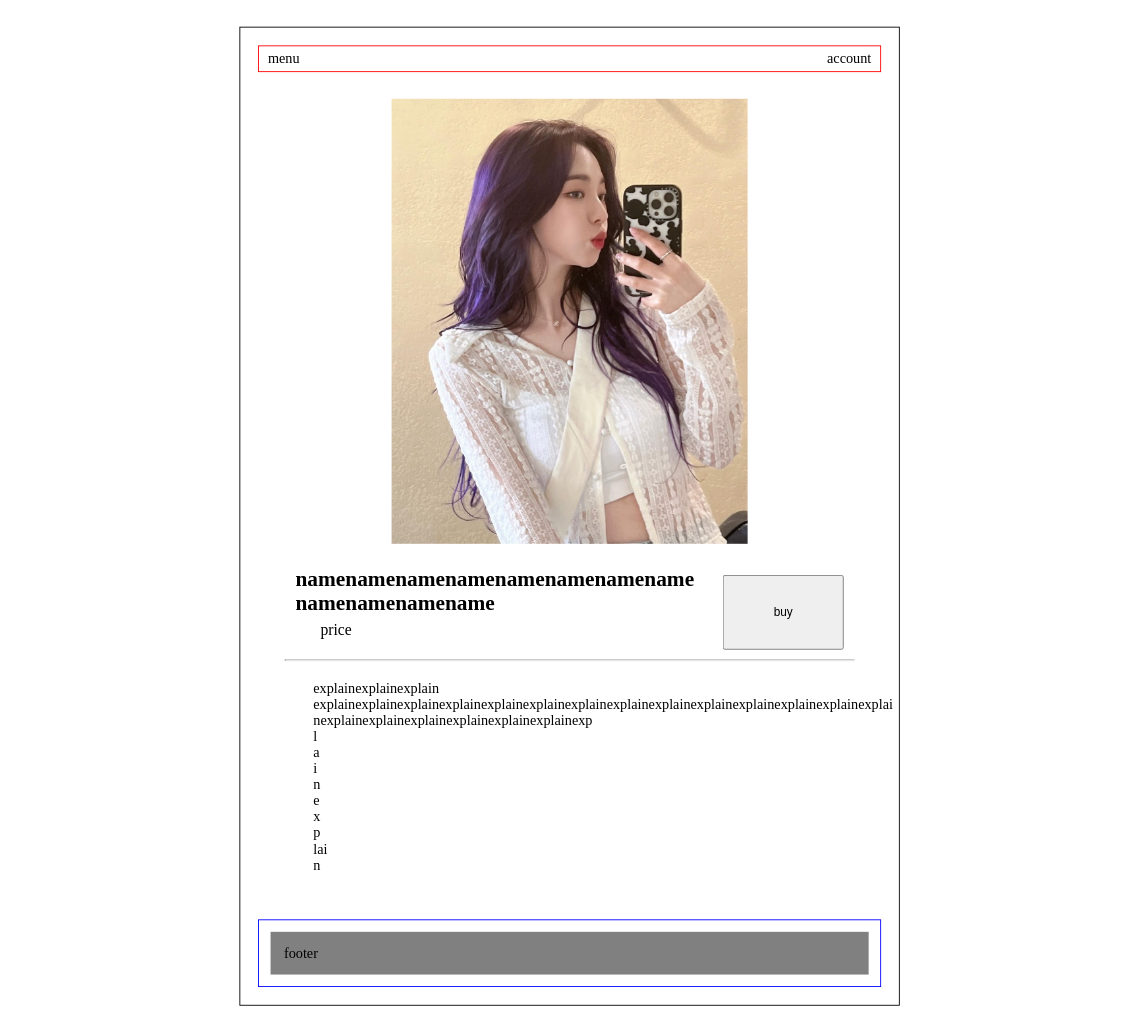
Repository: dongwoon1/cal
Page: http://localhost/calDWC/view.jsp
These files come from the project's save history. The page is drawn as it stood at one moment and after the next save; the edit follows.
The browser window is 1280 px wide. The pictures show the whole page, at 89% of full size.
The page is served by Tomcat 9.

Above is the page before, as saved 2025-03-20 04:21:29.

### calProject/calDWC/src/main/webapp/view.jsp
<%@ page language="java" contentType="text/html; charset=UTF-8"
    pageEncoding="UTF-8"%>
<!DOCTYPE html>
<html>

	<head>
		<meta charset="UTF-8">
		<title>バイバイハンバイ</title>
		<link href="css/main.css" rel="stylesheet">
		<link href="css/view.css" rel="stylesheet">
	</head>

	<body>
	<main>

		<header>
		   	<span>menu</span>
		   	<span>account</span>
			<!--
			 <na>
				<li>outer</li>
				<li>shirts</li>
				<li>pants</li>
				<li>shoes</li>
				<li>accessories</li>
				<li>account</li>
			 </ul>
		    -->
	  	</header>

		<section>
			<div class="view-container">

				<div class="img-box">
					<img src="img/KakaoTalk_20220502_135428200_03.jpg" alt="">
				</div>

				<div class="content-box">
					<div>
						<div id="name-box"><h2>namenamenamenamenamenamenamenamenamenamenamename</h2></div>
						<div id="price-box">
							<p>price</p>
						</div>
					</div>

					<div id="btn-box">
						<button>buy</button>
					</div>

					<hr>

					<div>
						<p>explainexplainexplain
							explainexplainexplainexplainexplainexplainexplainexplainexplainexplainexplainexplainexplainexplai
							nexplainexplainexplainexplainexplainexplainexp
							l
							a
							i
							n
							e
							x
							p
							lai
							n</p>
					</div>
				</div>

			</div>
	  	</section>

		<footer>
		 	<div>footer</div>
		</footer>

	</main>
	</body>

</html>

### calProject/calDWC/src/main/webapp/css/main.css
@charset "UTF-8";

*{
	  padding: 0; margin: 0;
}

main{
    margin: 30px auto;
    padding: 20px;
    width: 700px;
     	border: 1px solid black;
}

header{
	display: flex;
	justify-content: space-between;
	 	border: 1px solid red;
}

header span{
 	padding: 5px 10px;
}

section{
	padding: 30px;
}

.middle-container{
	padding: 12px 8px;
}

footer{
 	padding: 13px;
  		border: 1px solid blue;
}

footer div{
 	background: gray;
    padding: 15px;
}

### calProject/calDWC/src/main/webapp/css/view.css
@charset "UTF-8";

.view-container{
	width: 100%;
}

.img-box{
    text-align: center;
    width:450px;
    margin:auto;
}

img{
	max-height: 500px;
}

.content-box{
	padding-top: 20px;
	display: flex;
	flex-wrap: wrap;
	justify-content: space-around;
}


/*
.content-box > div:first-of-type {
		border:1px dotted red;
    padding: 4px;
}

.content-box > div:first-of-type h2 {
	word-wrap: break-word;
}



.content-box > div:nth-of-type(2) {
    padding: 8px 14px;
		border:1px dotted blue;
}
 */


.content-box > div:first-of-type{
	width: 75%;
}

#name-box h2{
	padding : 2px 12px;
	word-wrap: break-word;
	font-size: 24px;
}

#price-box{
	position: relative;
	left: 28px;
}

#price-box p{
	padding : 5px 12px 22px;
	font-size: 110%;
}

#btn-box{
	display: flex;
    justify-content: center;
    align-items: center;
}

#btn-box button{
	width: 85%;
	height: 80%;
}

.content-box > div:nth-of-type(2){
	width: 25%;
}

hr{
	width: 100%;
}

.content-box > div:last-of-type {
    padding: 22px 32px;
	//width: 575px;
	height: 65%;

}

.content-box > div:last-of-type p {
	word-wrap: break-word;
    white-space: pre-line;
}

After the next save:
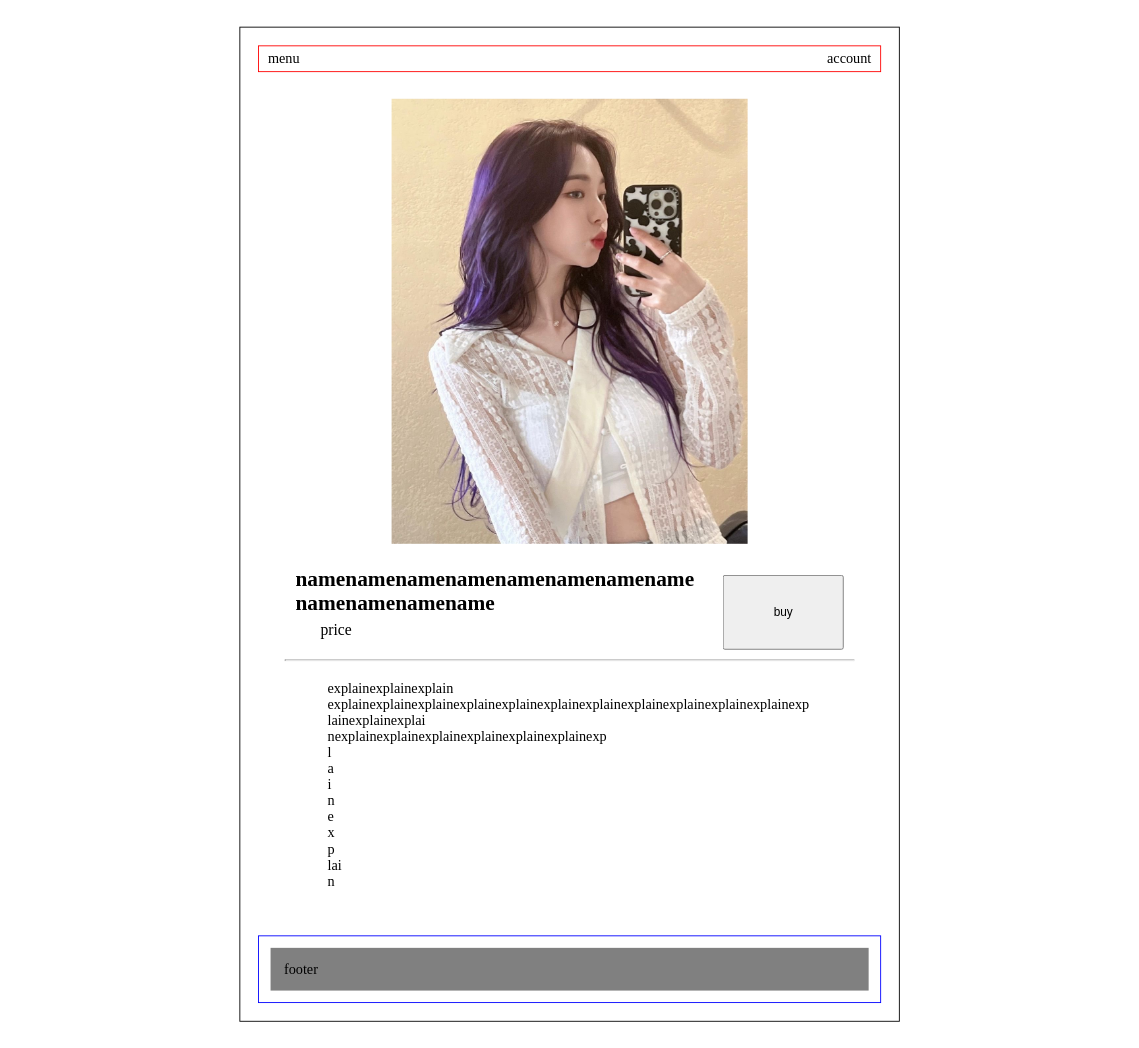
Saved 2 min 58 s later.
--- a/calProject/calDWC/src/main/webapp/css/view.css
+++ b/calProject/calDWC/src/main/webapp/css/view.css
@@ -82,7 +82,7 @@
 
 .content-box > div:last-of-type {
     padding: 22px 32px;
-	//width: 575px;
+	width: 85%;
 	height: 65%;
 
 }
